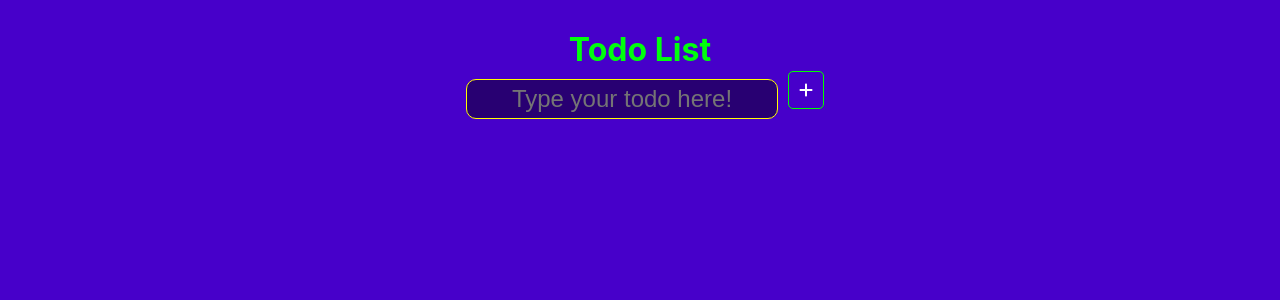
Repository: badhon252/todo-app
Page: /
An editor plug-in stored every save of this project. The page is shown before and after the next save, followed by the edit.
The browser window is 1280 px wide. The pictures show the whole page.
The project was rebuilt for these pictures with package versions that can differ from the ones it lists, and the page was loaded fresh each time.

Above is the page before, as saved 2022-01-26 14:07:43.

After the next save:
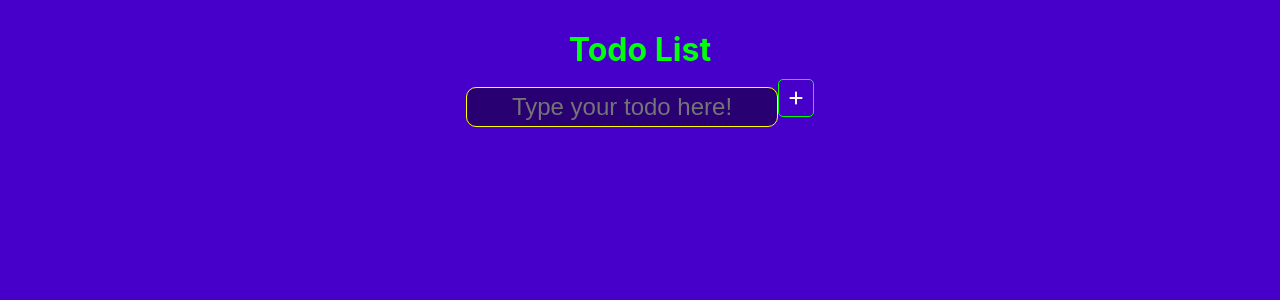
Saved 15 s later.
--- a/src/Styles/style.css
+++ b/src/Styles/style.css
@@ -13,7 +13,6 @@ h1 {
 }
 #input-box {
   color: #ffffff;
-  margin: 10px;
   padding: 5px 0;
   font-size: 1.5rem;
   border: 1px solid yellow;
@@ -21,7 +20,9 @@ h1 {
   border-radius: 10px;
   text-align: center;
 }
-
+.inputs {
+  margin: 10px;
+}
 .fa-circle-plus {
   font-size: 1rem;
   color: white;
